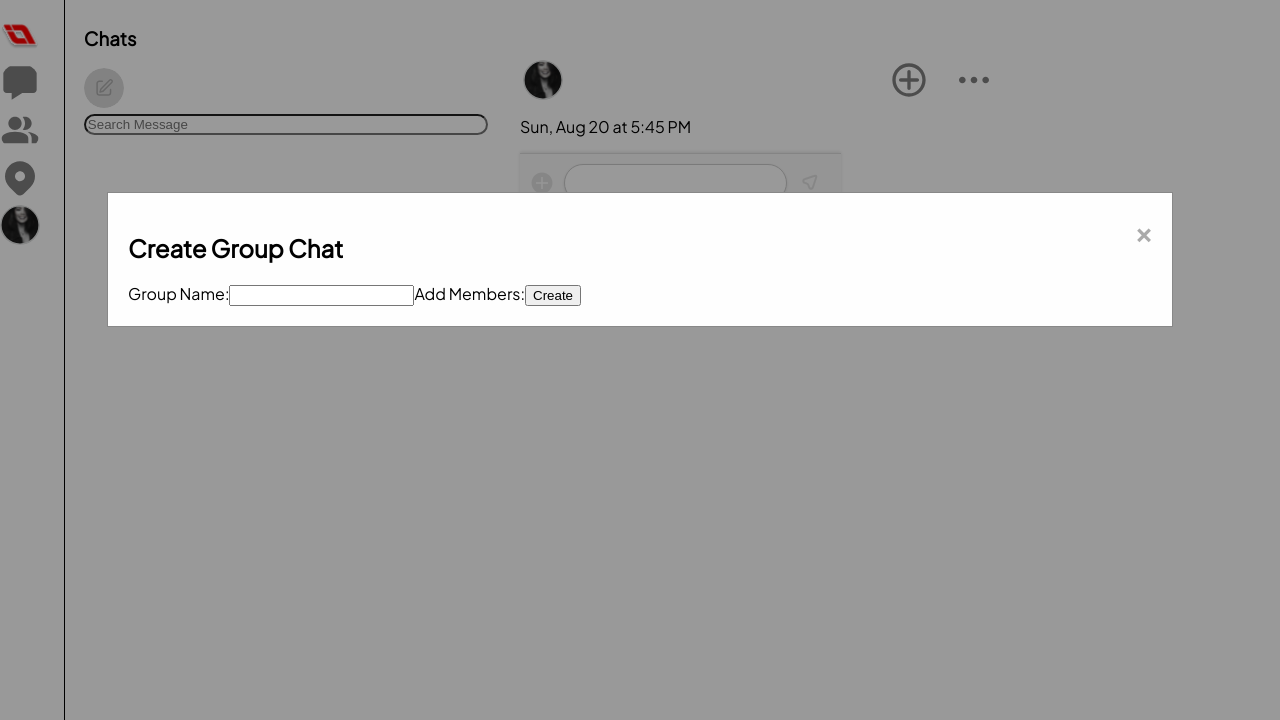
Repository: Nicktacku/LawChat
Page: /homechat (app in frontend/lawchat/)
These files come from the project's save history. The page is drawn as it stood at one moment and after a run of saves; the edit follows.
The browser window is 1280 px wide. The pictures show the whole page.
The page's requests for data from a server got no answer. The project was rebuilt for these pictures with package versions that can differ from the ones it lists, and the page was loaded fresh each time. No one was signed in, and anything a server would have sent is missing. Also part of the build but not shown: frontend/lawchat/src/styles/button.css, frontend/lawchat/src/components/Button.js, frontend/lawchat/src/pages/Home.js, frontend/lawchat/src/pages/Login.js, frontend/lawchat/src/styles/chatpreview.css, frontend/lawchat/src/components/ChatPreview.js, frontend/lawchat/src/components/ChatBubble.js, frontend/lawchat/src/pages/Test.js.

Above is the page before, as saved 2024-08-16 17:22:16.

### frontend/lawchat/public/index.html
<!DOCTYPE html>
<html lang="en">
  <head>
    <meta charset="utf-8" />
    <link rel="icon" href="%PUBLIC_URL%/favicon.ico" />
    <meta name="viewport" content="width=device-width, initial-scale=1" />
    <meta name="theme-color" content="#000000" />
    <meta
      name="description"
      content="Web site created using create-react-app"
    />
    <link rel="apple-touch-icon" href="%PUBLIC_URL%/logo192.png" />
    <!--
      manifest.json provides metadata used when your web app is installed on a
      user's mobile device or desktop. See https://developers.google.com/web/fundamentals/web-app-manifest/
    -->
    <link rel="manifest" href="%PUBLIC_URL%/manifest.json" />
    <link
      href="https://fonts.googleapis.com/css?family=Plus Jakarta Sans"
      rel="stylesheet"
    />
    <!--
      Notice the use of %PUBLIC_URL% in the tags above.
      It will be replaced with the URL of the `public` folder during the build.
      Only files inside the `public` folder can be referenced from the HTML.

      Unlike "/favicon.ico" or "favicon.ico", "%PUBLIC_URL%/favicon.ico" will
      work correctly both with client-side routing and a non-root public URL.
      Learn how to configure a non-root public URL by running `npm run build`.
    -->
    <title>React App</title>
  </head>
  <body>
    <noscript>You need to enable JavaScript to run this app.</noscript>
    <div id="root"></div>
    <!--
      This HTML file is a template.
      If you open it directly in the browser, you will see an empty page.

      You can add webfonts, meta tags, or analytics to this file.
      The build step will place the bundled scripts into the <body> tag.

      To begin the development, run `npm start` or `yarn start`.
      To create a production bundle, use `npm run build` or `yarn build`.
    -->
  </body>
</html>

### frontend/lawchat/src/App.js
import Home from "./pages/Home.js";
import Login from "./pages/Login.js";
import HomeChat from "./pages/HomeChat.js";

import {
  createBrowserRouter,
  createRoutesFromElements,
  Route,
  RouterProvider,
} from "react-router-dom";
import Test from "./pages/Test.js";

const router = createBrowserRouter(
  createRoutesFromElements(
    <Route path="/">
      <Route index element={<Home />} />
      <Route path="/login" element={<Login />} />
      <Route path="/homechat" element={<HomeChat />} />
      <Route path="/test" element={<Test />} />
    </Route>
  )
);

function App() {
  return (
    <div className="App">
      {/* <Login /> */}
      <RouterProvider router={router} />
    </div>
  );
}

export default App;

### frontend/lawchat/src/pages/HomeChat.js
import React, { useEffect, useState } from "react";
import axios from "axios";

import logo from "../images/logo.svg";
import chaticon from "../images/chaticon.svg";
import friendsicon from "../images/friendsicon.svg";
import locationicon from "../images/locationicon.svg";
import personaldp from "../images/personaldp.svg";

import newchaticon from "../images/newchaticon.svg";
import ChatPreview from "../components/ChatPreview";
import addicon from "../images/addicon.svg";
import tripledoticon from "../images/tripledoticon.svg";
import ChatBubble from "../components/ChatBubble";
import attachicon from "../images/attachicon.svg";
import sendicon from "../images/sendicon.svg";
import "../styles/homechat.css";

const HomeChat = () => {
  const [loading, setLoading] = useState(false);
  const [gcs, setGcs] = useState([]);
  const [userNames, setUserNames] = useState({});
  const [typedChat, setTypedChat] = useState("");
  const [currentGc, setCurrentGc] = useState("66bdc4c92b6710e2a4cfd866");
  const [showModal, setShowModal] = useState(false);
  const [groupName, setGroupName] = useState("");
  const [newNameModal, setNewNameModal] = useState(false);

  useEffect(() => {
    setLoading(true);
    axios
      .get("http://localhost:5555/gc")
      .then((response) => {
        setGcs(response.data);
        fetchUserNames(response.data);
      })
      .catch((err) => {
        console.log("in chats", err);
        setLoading(false);
      });
  }, [gcs]);

  const fetchUserNames = async (gcs) => {
    const userIds = [
      ...new Set(gcs.flatMap((gc) => gc.chats.map((chat) => chat.sender))),
    ];

    const userPromises = userIds.map((id) =>
      axios
        .get(`http://localhost:5555/users/${id}`)
        .then((response) => ({
          id,
          name: response.data.name,
        }))
        .catch((error) => {
          console.error(`Error fetching user ${id}:`, error);
          return { id, name: null }; // or handle differently
        })
    );

    const userData = await Promise.all(userPromises);
    const userNameMap = userData.reduce((acc, user) => {
      acc[user.id] = user.name || "Unknown User"; // Fallback if name is missing
      return acc;
    }, {});

    setUserNames(userNameMap);
    setLoading(false);
  };

  const sendChat = async (message, sender) => {
    const now = new Date();
    const newChat = {
      message: message,
      sender: sender,
      time: now.toLocaleTimeString(),
      is_owner: true,
    };
    await axios
      .post(`http://localhost:5555/gc/chat/send/${currentGc}`, newChat)
      .then((response) => {
        console.log(response);
      })
      .catch(function (error) {
        console.log(error);
      });

    setTypedChat("");
  };

  const handleChange = (e) => {
    setTypedChat(e.target.value);
  };

  const handleCurrentGc = (gcId) => {
    setCurrentGc(gcId);
    console.log(gcId);
  };

  const handleNewGroupName = (e) => {
    setGroupName(e.target.value);
  };

  const handleNewGroup = async (e) => {
    e.preventDefault();
    const newGroupChat = {
      name: groupName,
      members: [
        "66bd6a69b21a0789dbf1601f",
        "66bd6b0db21a0789dbf16022",
        "66bd6b53b21a0789dbf16024",
      ],
    };
    await axios
      .post(`http://localhost:5555/gc/create`, newGroupChat)
      .then((response) => {
        console.log(response);
      })
      .catch(function (error) {
        console.log(error);
      });
    handleModal();
  };

  const handleGcDelete = async (gcId) => {
    await axios
      .delete(`http://localhost:5555/gc/delete/${gcId}`)
      .then((response) => {
        console.log(response);
      })
      .catch(function (error) {
        console.log(error);
      });
  };

  const handleModal = () => {
    setShowModal(!showModal);
  };

  const handleNewNameModal = () => {
    setNewNameModal(!newNameModal);
  };

  return (
    <div className="container">
      <div className="sidebar">
        <img src={logo} className="img" alt="Logo" /> <br />
        <img src={chaticon} className="img" alt="Chat Icon" /> <br />
        <img src={friendsicon} className="img" alt="Friends Icon" /> <br />
        <img src={locationicon} className="img" alt="Location Icon" /> <br />
        <img src={personaldp} className="img" alt="Personal DP" /> <br />
      </div>
      <div className="chats">
        <h3 className="h3">
          <b>Chats</b>
        </h3>
        <img src={newchaticon} alt="New Chat Icon" onClick={handleModal} />
        <div
          id="myModal"
          class="modal"
          style={showModal ? { display: "block" } : { display: "none" }}
        >
          <div class="modal-content">
            <span class="close">&times;</span>
            <h2>Create Group Chat</h2>
            <form>
              <label>Group Name:</label>
              <input
                type="text"
                onChange={handleNewGroupName}
                value={groupName}
              />
              <label>Add Members:</label>
              <button onClick={handleNewGroup}>Create</button>
            </form>
          </div>
        </div>
        <form>
          <input type="text" placeholder="Search Message" className="search" />
        </form>
        {gcs.map((gc) => (
          <>
            <div
              onClick={() => handleCurrentGc(gc._id)}
              className="chat-previews"
            >
              <ChatPreview
                key={gc._id}
                name={gc.name}
                preview={gc.chats.message}
              />
            </div>
            <button onClick={() => handleGcDelete(gc._id)}>delete</button>
          </>
        ))}
      </div>
      <div className="chat">
        <div className="chat-bar">
          <img src={personaldp} className="chat-image" alt="Chat Image" />
          <h3 className="chat-name">
            {gcs.map((gc) => (currentGc === gc._id ? gc.name : <></>))}
          </h3>
          <img src={addicon} className="chat-add" alt="Add Icon" />
          <img
            src={tripledoticon}
            className="chat-menu"
            alt="Menu Icon"
            onClick={handleNewNameModal}
          />
          <div
            id="myModal"
            class="modal"
            style={!newNameModal ? { display: "block" } : { display: "none" }}
          >
            <div class="modal-content">
              <span class="close">&times;</span>
              <h2>Create Group Chat</h2>
              <form>
                <label>Group Name:</label>
                <input
                  type="text"
                  onChange={handleNewGroupName}
                  value={groupName}
                />
                <label>Add Members:</label>
                <button onClick={handleNewGroup}>Create</button>
              </form>
            </div>
          </div>
        </div>
        <span className="chat-content">
          <p>Sun, Aug 20 at 5:45 PM</p>
          {gcs.map((gc) =>
            currentGc === gc._id ? (
              gc.chats.map((chat) => (
                <ChatBubble
                  key={chat.id}
                  name={userNames[chat.sender] || chat.sender}
                  message={chat.message}
                  className="chat-content"
                />
              ))
            ) : (
              <></>
            )
          )}
        </span>
        <div className="chatbox">
          <img src={attachicon} alt="Attach Icon" />
          <form>
            <input
              type="text"
              onChange={handleChange}
              value={typedChat}
              placeholder=""
            />
            <img
              src={sendicon}
              onClick={() => sendChat(typedChat, "66bd6a69b21a0789dbf1601f")}
              alt="Send Icon"
            />
          </form>
        </div>
      </div>
    </div>
  );
};

export default HomeChat;

### frontend/lawchat/src/styles/home.css
body {
    font-family: 'Plus Jakarta Sans';
}

.body {
    padding-left: 5%;
    padding-right: 5%;
}

.navbar {
    overflow: hidden;
    border-bottom: 1px solid rgba(129, 133, 137, 0.3);
    padding-left: 3%;
    padding-right: 3%;
}



.nav-list {
    list-style-type: none;
    margin: 0;
    padding: 0;
    text-align: center;
}

.nav-item {
    float: right;
    padding: 2vh;
}

.logo{
    overflow: hidden;
    float:left;
}

.body-content {
    width: 40%;
    float: left;
    justify-content: center;
}

.body-image {
    width: 60%;
    float: right;
}

.h1{
    font-size: 18vh;
    margin-top: 30%;
}

.p {
    font-size: 5vh;
    color: gray;
}

.stores {
    justify-content: space-around;
}

.body-image {
    position: relative;
}

/* .body-image-content {
    position: absolute;
    width: 100px;
    height: 100px;
    border: 1px solid red;
} */

### frontend/lawchat/src/styles/homechat.css
.sidebar {
    height: 100%;
    width: 5%;
    position: fixed;
    top: 0;
    left: 0;
    overflow-x: hidden;
    padding-top: 16px;
    border-right: 1px solid black;
    /* justify-content: center; */
    /* align-items: center; */
  }

.chat {
    margin-left: 40%;
    position: absolute;
    top: 0%;
}

.chats {
    margin-left: 6%
}

.img{
    width: 9vh;
    padding-bottom: 5%;
  }

.search {
    border-radius: 30px;
    width: 55vh
}

.chat-bar{
  margin-top: 20%;
  display:flex;
  justify-content: space-around;
}

.chat-image{
  margin-left: 1%;
}

.chat-name{
  margin-left: 5%;
}

.chat-add{
  margin-left: 100%;
}

.chat-menu{
  margin-left: 5%;
}

.chatbox {
  display: flex;
  align-items: center;
  padding: 10px;
  background-color: #f9f9f9;
  border-top: 1px solid #ddd;
  box-shadow: 0px -1px 3px rgba(0, 0, 0, 0.1);
  width: 100%;
}

.chatbox img {
  width: 24px;
  height: 24px;
  cursor: pointer;
  margin-right: 10px;
}

.chatbox form {
  display: flex;
  align-items: center;
  flex-grow: 1;
}

.chatbox input[type="text"] {
  flex-grow: 1;
  padding: 10px;
  border-radius: 20px;
  border: 1px solid #ccc;
  outline: none;
  font-family: Arial, sans-serif;
  font-size: 14px;
  background-color: #fff;
  box-shadow: 0px 1px 3px rgba(0, 0, 0, 0.1);
  margin-right: 10px;
}

.chatbox input[type="text"]::placeholder {
  color: #aaa;
}

.chatbox button {
  background: none;
  border: none;
  cursor: pointer;
}

.chatbox button img {
  width: 24px;
  height: 24px;
}

.chatbox input[type="text"]:focus {
  border-color: #007bff;
  box-shadow: 0px 0px 5px rgba(0, 123, 255, 0.5);
}

.chat-previews{
  cursor: pointer;
}

/* The Modal (background) */
.modal {
  display: none; /* Hidden by default */
  position: fixed; /* Stay in place */
  z-index: 1; /* Sit on top */
  left: 0;
  top: 0;
  width: 100%; /* Full width */
  height: 100%; /* Full height */
  overflow: auto; /* Enable scroll if needed */
  background-color: rgb(0,0,0); /* Fallback color */
  background-color: rgba(0,0,0,0.4); /* Black w/ opacity */
}

/* Modal Content/Box */
.modal-content {
  background-color: #fefefe;
  margin: 15% auto; /* 15% from the top and centered */
  padding: 20px;
  border: 1px solid #888;
  width: 80%; /* Could be more or less, depending on screen size */
}

/* The Close Button */
.close {
  color: #aaa;
  float: right;
  font-size: 28px;
  font-weight: bold;
}

.close:hover,
.close:focus {
  color: black;
  text-decoration: none;
  cursor: pointer;
}

### frontend/lawchat/src/styles/chatbubble.css
.container {
  display: flex;
  align-items: flex-start; /* Aligns the profile image and text container at the top */
  margin-bottom: 10px;
}

.container img {
  width: 40px;
  height: 40px;
  border-radius: 50%;
  margin-right: 10px;
  flex-shrink: 0; /* Prevents the image from shrinking */
}

.message-wrapper {
  display: flex;
  flex-direction: column; /* Stacks the sender name and message vertically */
  max-width: 80%; /* Limits the width of the chat message */
}

.sender-name {
  font-size: 12px;
  color: #555;
  margin-bottom: 3px;
  font-weight: bold;
}

.chat-message {
  background-color: #f0f0f0;
  color: #333;
  padding: 10px 15px;
  border-radius: 15px;
  font-family: Arial, sans-serif;
  font-size: 14px;
  line-height: 1.5;
  box-shadow: 0px 1px 3px rgba(0, 0, 0, 0.1);
  position: relative;
  word-wrap: break-word; /* Ensures long words break onto the next line */
}

.chat-message::before {
  content: "";
  position: absolute;
  top: 10px;
  left: -10px;
  width: 0;
  height: 0;
  border-top: 10px solid transparent;
  border-bottom: 10px solid transparent;
  border-right: 10px solid #f0f0f0;
}

Loaded but not shown: frontend/lawchat/src/index.js (common file)

After the next 3 saves:
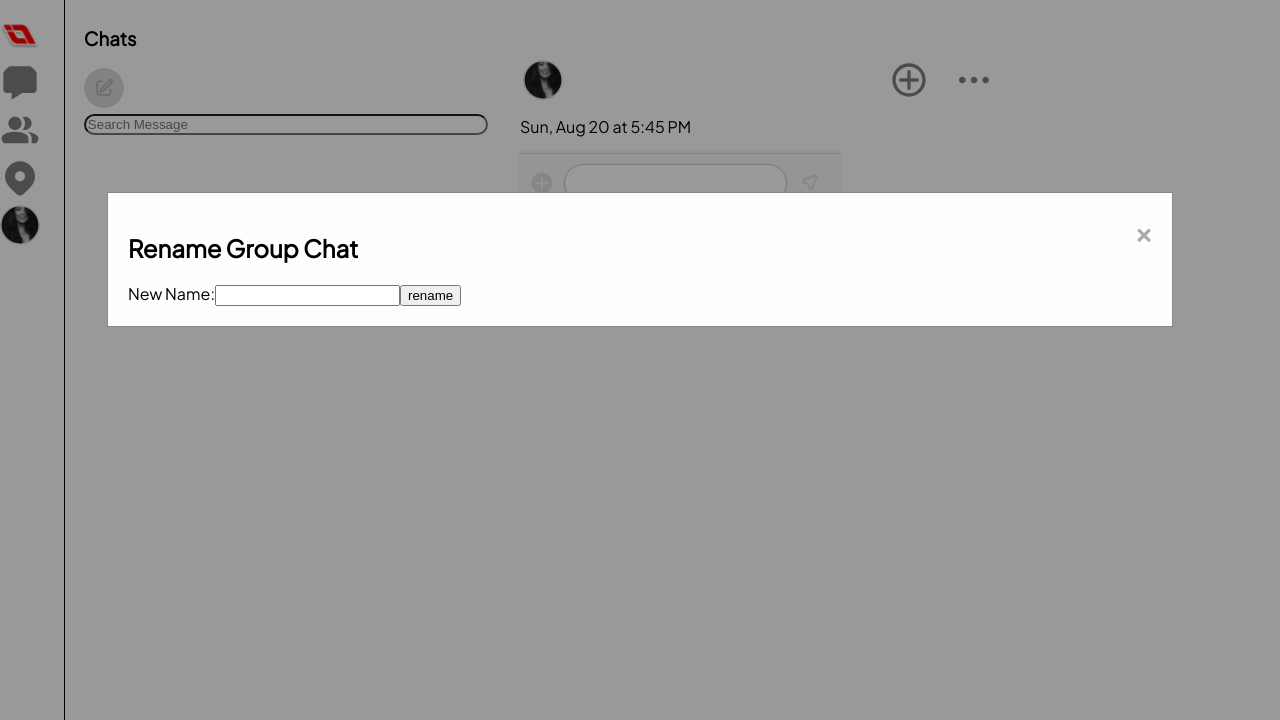
The 3 saves are shown as one change because 2 did not build or start.
The last was saved 5 min 40 s later.
--- a/frontend/lawchat/src/pages/HomeChat.js
+++ b/frontend/lawchat/src/pages/HomeChat.js
@@ -139,6 +139,17 @@ const HomeChat = () => {
 
   const handleNewNameModal = () => {
     setNewNameModal(!newNameModal);
+  };
+
+  const handleGroupRename = async () => {
+    await axios
+      .put(`http://localhost:5555/gc/delete/${gcId}`)
+      .then((response) => {
+        console.log(response);
+      })
+      .catch(function (error) {
+        console.log(error);
+      });
   };
 
   return (
@@ -214,16 +225,15 @@ const HomeChat = () => {
           >
             <div class="modal-content">
               <span class="close">&times;</span>
-              <h2>Create Group Chat</h2>
+              <h2>Rename Group Chat</h2>
               <form>
-                <label>Group Name:</label>
+                <label>New Name:</label>
                 <input
                   type="text"
                   onChange={handleNewGroupName}
                   value={groupName}
                 />
-                <label>Add Members:</label>
-                <button onClick={handleNewGroup}>Create</button>
+                <button onClick={handleGroupRename}>rename</button>
               </form>
             </div>
           </div>
